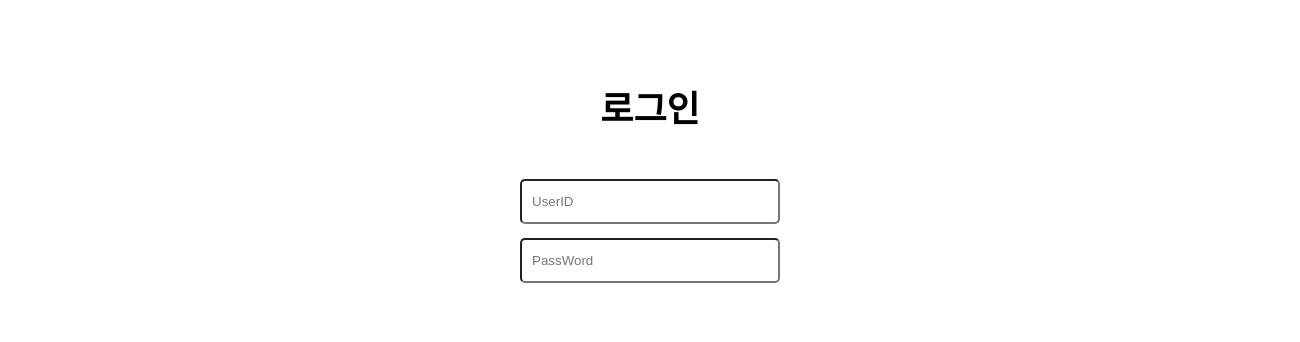
Repository: yl9517/2021.08.10_MONGNYANG_JSP
Page: http://localhost/mongNyang/user/login.jsp
The author's editor kept a copy of each file at every save. The page is drawn from the files as they stood at one save, then again after the next save.
The browser window is 1280 px wide. The page is 1300 px wide, so the pictures cover 1300 px, including what lies to the right of the window. The pictures show the whole page.
The page is served by Tomcat 9. Other server files are loaded and not shown.

Above is the page before, as saved 2021-08-14 02:04:32.

### mongNyang/WebContent/user/login.jsp
<%@ page language="java" contentType="text/html; charset=UTF-8"
    pageEncoding="UTF-8"%>
<!DOCTYPE html>
<html>
<head>
<meta charset="UTF-8">
<title>Insert title here</title>
<link rel="stylesheet" href="../css/login.css">
</head>
<body>
	<div id="log_wrap">
		<h2>로그인</h2>
		<form method="post" action="#">
			<input type="text" id="id" name="id" placeholder="UserID"> <br>
			<input type="password" id="pwd" name="pwd" placeholder="PassWord">
		</form>
	</div>

</body>
</html>

### mongNyang/WebContent/css/login.css
*{
	margin:0;
	padding:0;
	box-sizing: border-box;
}
ul{
	list-style: none;
}


/* 로그인  전체 */
#log_wrap{
	width: 1300px;
	margin: 0 auto;
	text-align : center;
	min-height: 500px;
}
#log_wrap h2{
	font-size : 36px;
	margin: 80px 0 40px;
}
#log_wrap li{
	margin-bottom: 8px;
}
#log_wrap form input{
	width : 260px;
	height: 45px;
	margin: 7px 0;
	border-radius: 5px;
	padding: 5px 10px;
}

#log_wrap li:last-child {
	margin-top: 20px;
}
/*회원가입, 로그인*/
#log_wrap a{
	text-decoration: none;
	margin : 5px;
	color: #717171;
    font-size: 15px;
}
#log_wrap a:hover{
	color: black;
	margin: 5px;
	text-decoration: underline;
}

After the next save:
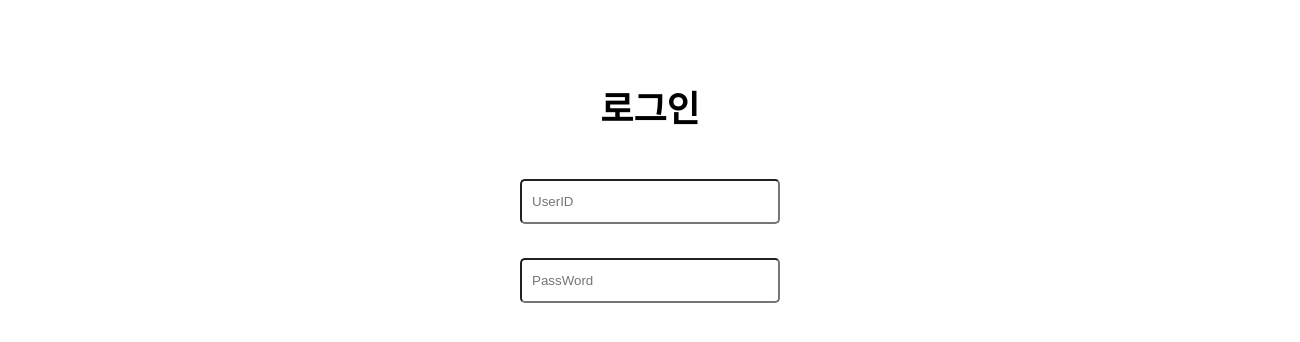
Saved 6 min 53 s later.
--- a/mongNyang/WebContent/user/login.jsp
+++ b/mongNyang/WebContent/user/login.jsp
@@ -11,8 +11,15 @@
 	<div id="log_wrap">
 		<h2>로그인</h2>
 		<form method="post" action="#">
-			<input type="text" id="id" name="id" placeholder="UserID"> <br>
-			<input type="password" id="pwd" name="pwd" placeholder="PassWord">
+			<ul>
+				<li>
+					<input type="text" id="id" name="id" placeholder="UserID"> <br>
+				</li>
+				<li>
+					<input type="password" id="pwd" name="pwd" placeholder="PassWord">
+				</li>
+			</ul>
+
 		</form>
 	</div>
 
